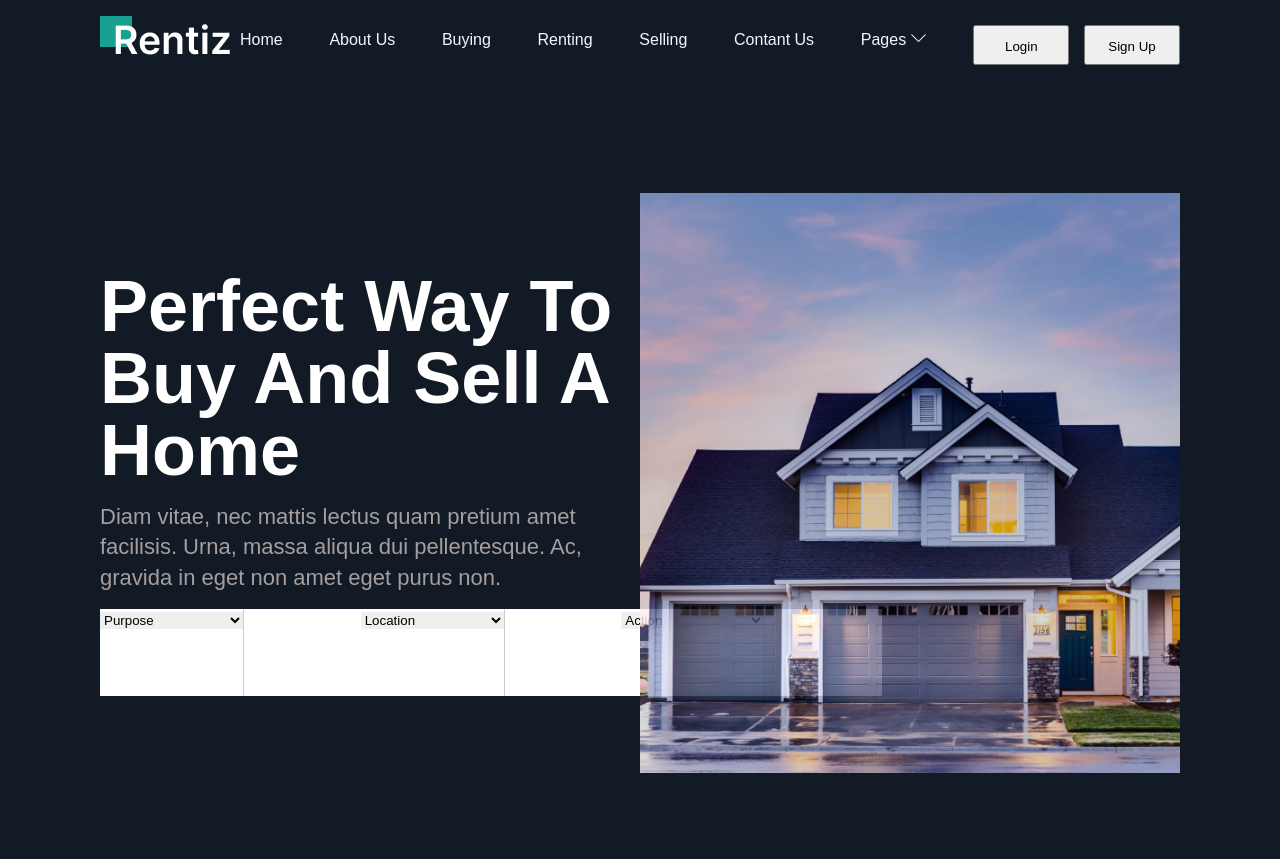
Repository: tung1233hhhhhhhhhhhhh/WebClone-Home
Page: index.html
These files come from the project's save history. The page is drawn as it stood at one moment and after the next save; the edit follows.
The browser window is 1280 px wide. The pictures show the whole page.

Above is the page before, as saved 2023-05-23 15:27:53.

### index.html
<!DOCTYPE html>
<html lang="en">

<head>
    <meta charset="UTF-8">
    <meta http-equiv="X-UA-Compatible" content="IE=edge">
    <meta name="viewport" content="width=device-width, initial-scale=1.0">
    <title>Document</title>
    <link rel="stylesheet" href="./assets/css/main.css">
    <link rel="stylesheet" href="./assets/css/root.css">
    <link rel="stylesheet" href="./assets/fonts/themify-icons/themify-icons.css">
</head>

<body>
    <div id="hearder">
        <div class="nav">
            <div class="nav-brand">
                <img src="./assets/img/logo.png" alt="">
            </div>
            <ul class="nav-list">
                <li><a href="">Home</a></li>
                <li><a href="">About Us</a></li>
                <li><a href="">Buying</a></li>
                <li><a href="">Renting</a> </li>
                <li><a href="">Selling</a> </li>
                <li><a href="">Contant Us</a> </li>
                <li><a href="">Pages
                        <i class="ti-angle-down"></i>
                    </a> </li>
                <li><button class="nav-btn-login">Login</button></li>
                <li><button class="nav-btn-signup">Sign Up</button></li>
            </ul>
        </div>
    </div>

    <!--billboard  -->

    <div id="billboard">
        <div class="container">
            <div class="main">
                <div class="billboard-text">
                    <h1>Perfect Way To Buy And Sell A Home</h1>
                    <p>Diam vitae, nec mattis lectus quam pretium amet facilisis. Urna, massa aliqua dui pellentesque.
                        Ac, gravida in eget non amet eget purus non.</p>
                    <div class="navbar-billboard">
                        <div class="container-billboard">

                            <div class="billboard-select">
                                <select name="" id="" class="form-select">
                                    <option value="">Purpose</option>
                                    <option value="">Buy</option>
                                    <option value="">Action</option>
                                    <option value="">Something else here</option>
                                </select>
                            </div>
                            <div class="billboard-select">
                                <select name="" id="" class="form-select">
                                    <option value="">Location</option>
                                    <option value="">Action</option>
                                    <option value="">Another action</option>
                                    <option value="">Something else here</option>
                                </select>
                            </div>
                            <div class="billboard-select">
                                <select name="" id="" class="form-select">
                                    <option value="">Action</option>
                                    <option value="">Another action</option>
                                    <option value="">Something else here</option>
                                    <option value="">Type</option>
                                </select>
                            </div>
                            <div class="billboard-btn">

                            </div>
                        </div>
                    </div>
                </div>

                <div class="billboard-img"></div>

            </div>
        </div>
    </div>
</body>

</html>

### assets/css/main.css
* {
    margin: 0;
    padding: 0;
    box-sizing: border-box;
}

body {
    font-family: 'Work Sans', sans-serif;
    font-weight: 400;
    font-size: 19px;
    line-height: 1.6em;
    color: var(--body-text-color);
    background-color: var(--dark-color);
}


#hearder {
    width: 100%;
    height: 73px;
    padding: 8px 0;
}

#hearder .nav {
    max-width: 1536px;
    height: 73px;
    margin: 0 100px;
    display: flex;
    justify-content: space-between;
    align-items: center;
    z-index: 10;
}

#hearder .nav-brand {
    display: inline;
}

#hearder .nav-list {
    display: flex;
    flex-direction: row;
    width: 965px;
    justify-content: space-between;
}

#hearder .nav-list li {
    display: flex;
    flex-direction: row;
    list-style: none;
    padding: 8px;
    margin-right: 24px;
}

#hearder li a {
    text-decoration: none;
    font-size: 16px;
    color: aliceblue;
}

#hearder .nav-list button {
    width: 96px;
    height: 40px;
    padding: 12px 6px;
    margin-right: -32px;
}

/* billboard */

#billboard {
    width: 100%;
    height: 586px;
    margin-top: 120px;
    margin-bottom: 80px;
}

#billboard .container {
    height: 100%;
    margin: 0 100px;
}

#billboard .main {
    display: flex;
    flex-direction: row;
    justify-content: space-between;
    align-items: center;
}

#billboard .main .billboard-text {
    width: 50%;
}

#billboard .billboard-text h1 {
    text-transform: capitalize !important;
    line-height: 1;
    margin-bottom: 1rem;
    font-size: 72px;
}

#billboard .billboard-text p {
    font-size: 22px;
    font-weight: 300;
    font-family: 'Work Sans', sans-serif;
    color: var(--light-text-color);
    margin-bottom: 1rem;
}

#billboard .navbar-billboard {
    min-width: 782px;
    display: flex;
    justify-content: space-between;
    padding: 0;
    background: #fff;
}

#billboard .navbar-billboard .container-billboard {
    display: flex;
    flex-wrap: inherit;
    align-items: center;
    justify-content: space-between;
    width: 860px;
    height: 87px;
}

.navbar-billboard .form-select {
    border: none;

}

.navbar-billboard .billboard-select {
    height: 100%;
    border-right: 1px solid #ccc;
    line-height: 100%;
}

#billboard .main .billboard-img {
    background: url("/assets/img/pexels-binyamin-mellish-106399\ 2.png") center / cover no-repeat;

    width: 636px;
    height: 580px;
}

### assets/css/root.css
:root {
    --accent-color: #1AA090;
    --dark-color: #121B25;
    --grey-color: #83898F;
    --body-text-color: #FFFFFF;
    --light-text-color: #a69f9f;
    --link-color: #092035;
}

Loaded but not shown: assets/fonts/themify-icons/themify-icons.css (common file)

After the next save:
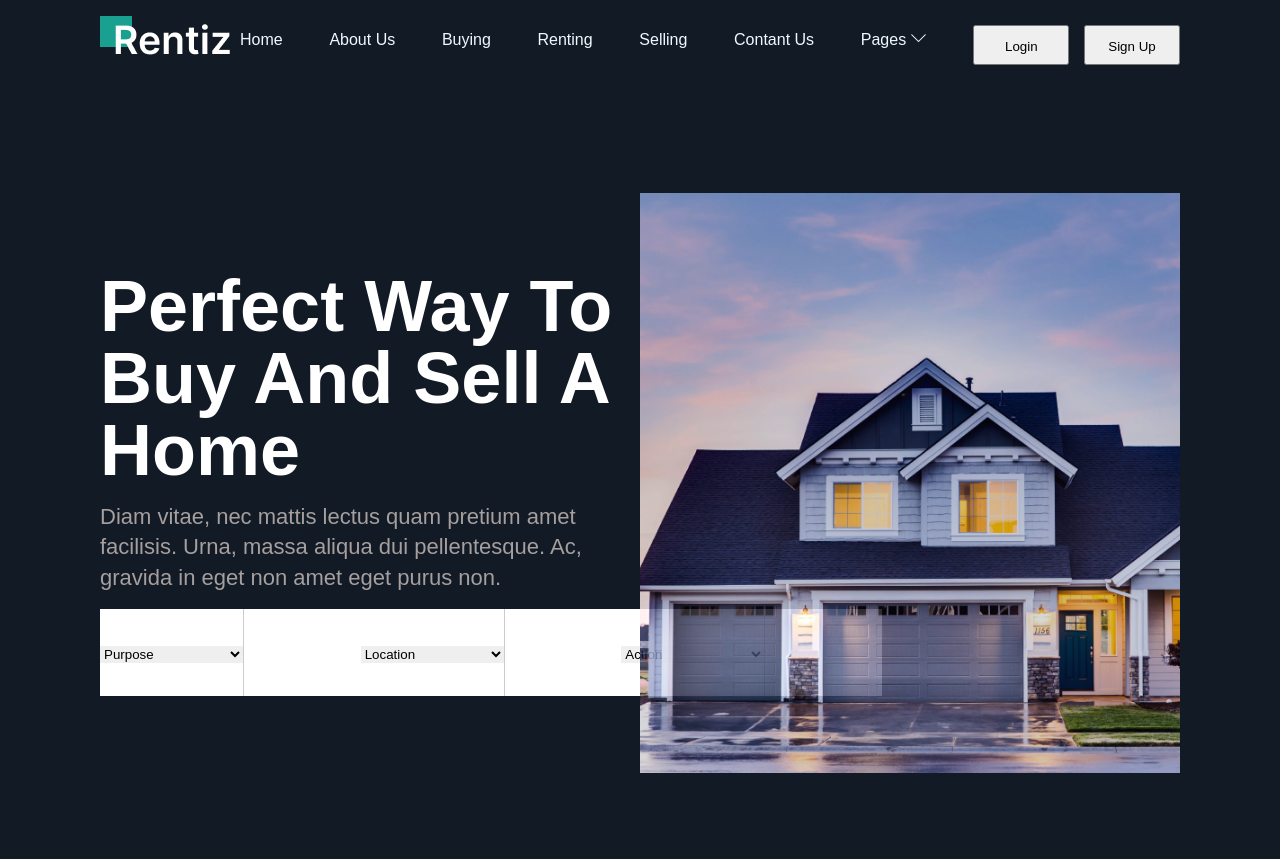
Saved 10 s later.
--- a/assets/css/main.css
+++ b/assets/css/main.css
@@ -127,7 +127,7 @@ body {
 .navbar-billboard .billboard-select {
     height: 100%;
     border-right: 1px solid #ccc;
-    line-height: 100%;
+    line-height: 87px;
 }
 
 #billboard .main .billboard-img {
